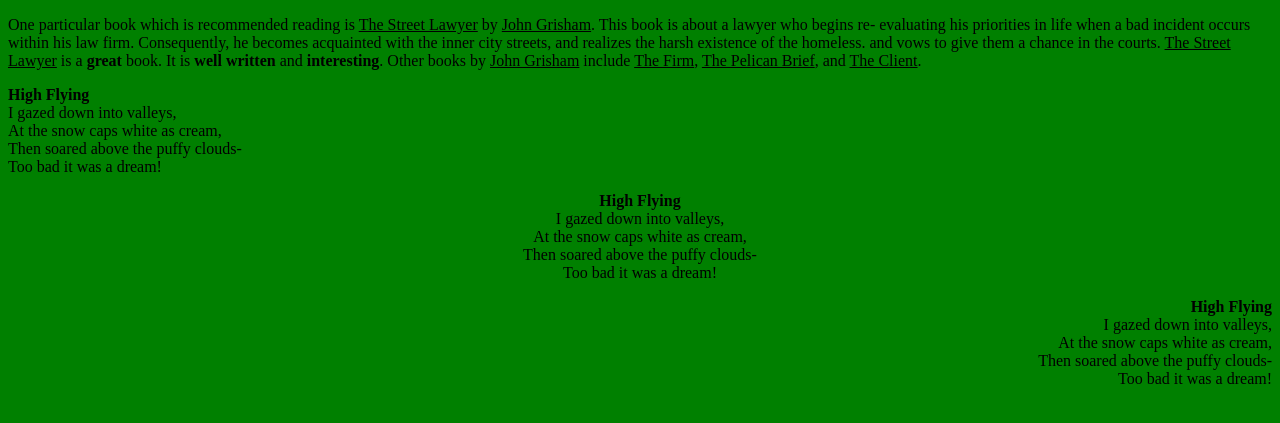
Repository: NguyenPhuSang21023391/HTCNWeb_T1-2
Page: TH_Tuan01/html/bai03.html
An editor plug-in stored every save of this project. The page is shown before and after the next save, followed by the edit.
The browser window is 1280 px wide. The pictures show the whole page.

Above is the page before, as saved 2023-02-19 16:35:45.

### TH_Tuan01/html/bai03.html
<!DOCTYPE html>
<html lang="en">
  <head>
    <meta charset="UTF-8" />
    <meta http-equiv="X-UA-Compatible" content="IE=edge" />
    <meta name="viewport" content="width=device-width, initial-scale=1.0" />
    <title>Document</title>
  </head>
  <body>
    <body bgcolor="green">
    <p>
      One particular book which is recommended reading is
      <u>The Street Lawyer</u> by <u>John Grisham</u>. This book is about a
      lawyer who begins re- evaluating his priorities in life when a bad
      incident occurs within his law firm. Consequently, he becomes acquainted
      with the inner city streets, and realizes the harsh existence of the
      homeless. and vows to give them a chance in the courts.
      <u>The Street Lawyer</u> is a <b>great</b> book. It is
      <b>well written</b> and <b>interesting</b>. Other books by
      <u>John Grisham</u> include <u>The Firm</u>, <u>The Pelican Brief</u>, and
      <u>The Client</u>.
    </p>

    <p style="text-align: left">
      <b>High Flying</b> <br />I gazed down into valleys, <br />At the snow caps
      white as cream,<br />Then soared above the puffy clouds- <br />Too bad it
      was a dream!
    </p>

    <p style="text-align: center">
      <b>High Flying</b> <br />I gazed down into valleys, <br />At the snow caps
      white as cream,<br />Then soared above the puffy clouds- <br />Too bad it
      was a dream!
    </p>

    <p style="text-align: right">
      <b>High Flying</b> <br />I gazed down into valleys, <br />At the snow caps
      white as cream,<br />Then soared above the puffy clouds- <br />Too bad it
      was a dream!
    </p>
  </body>
</html>

After the next save:
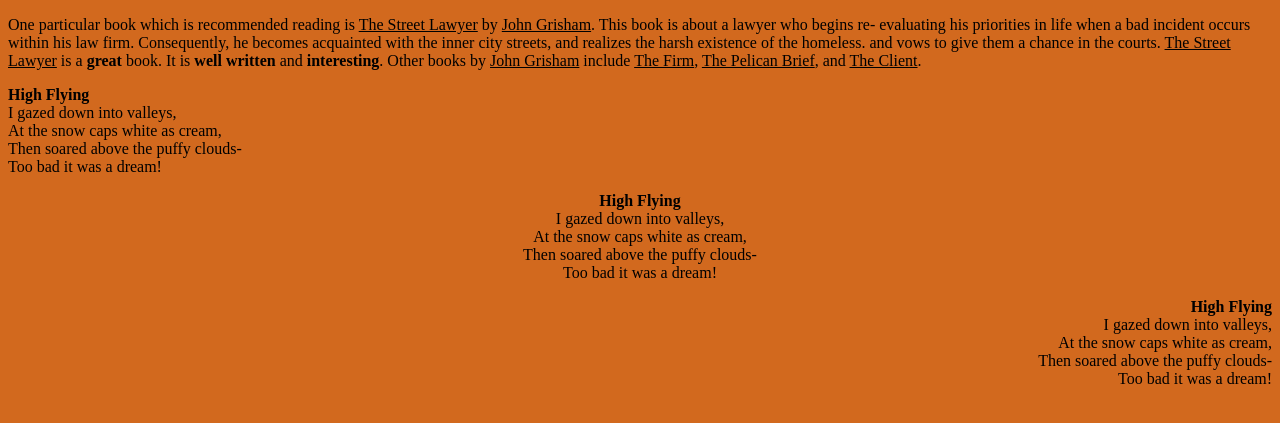
Saved 17 s later.
--- a/TH_Tuan01/html/bai03.html
+++ b/TH_Tuan01/html/bai03.html
@@ -7,7 +7,7 @@
     <title>Document</title>
   </head>
   <body>
-    <body bgcolor="green">
+    <body bgcolor="chocolate">
     <p>
       One particular book which is recommended reading is
       <u>The Street Lawyer</u> by <u>John Grisham</u>. This book is about a
